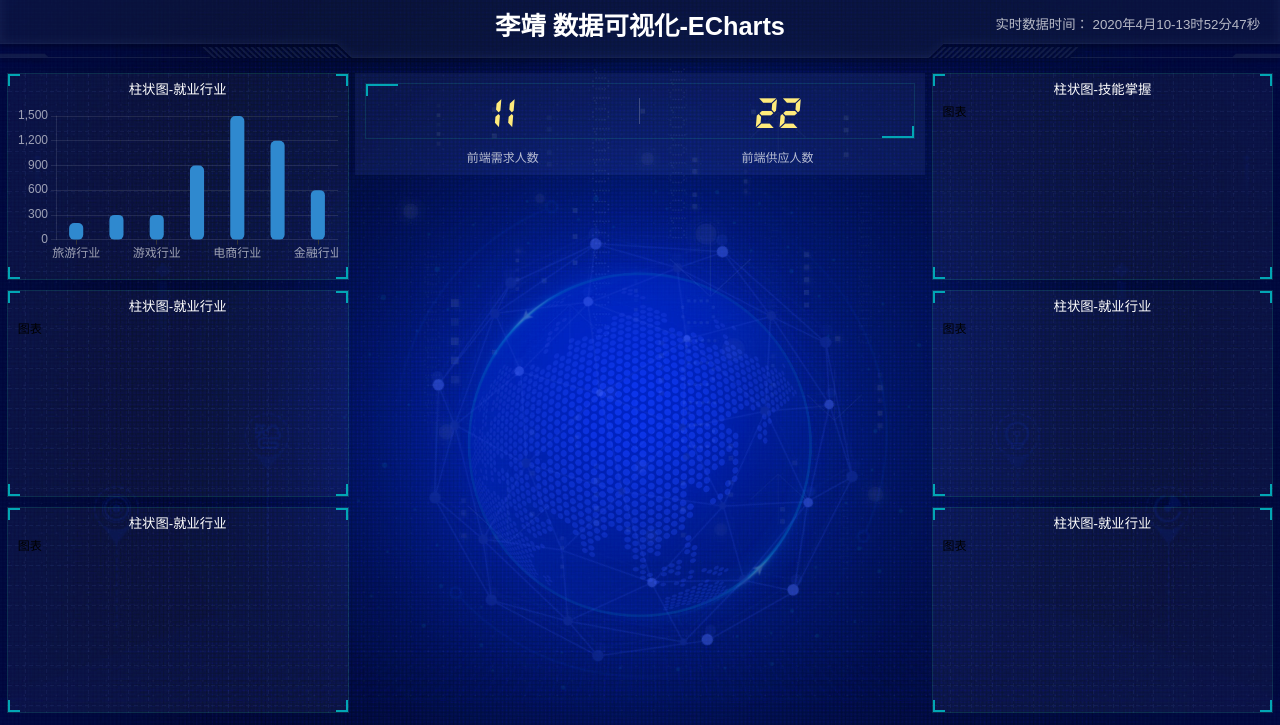
Repository: Jasonlee6789/ECharts
Page: Echarts/index.html
The author's editor kept a copy of each file at every save. The page is drawn from the files as they stood at one save, then again after the next save.
The browser window is 1280 px wide. The pictures show the whole page.
The style sheet was rebuilt from its Sass, Less or Tailwind sources for each picture, by a compiler version that may differ from the author's.

Above is the page before, as saved 2020-05-21 17:40:38.
Console error: ReferenceError: $ is not defined

After the next save:
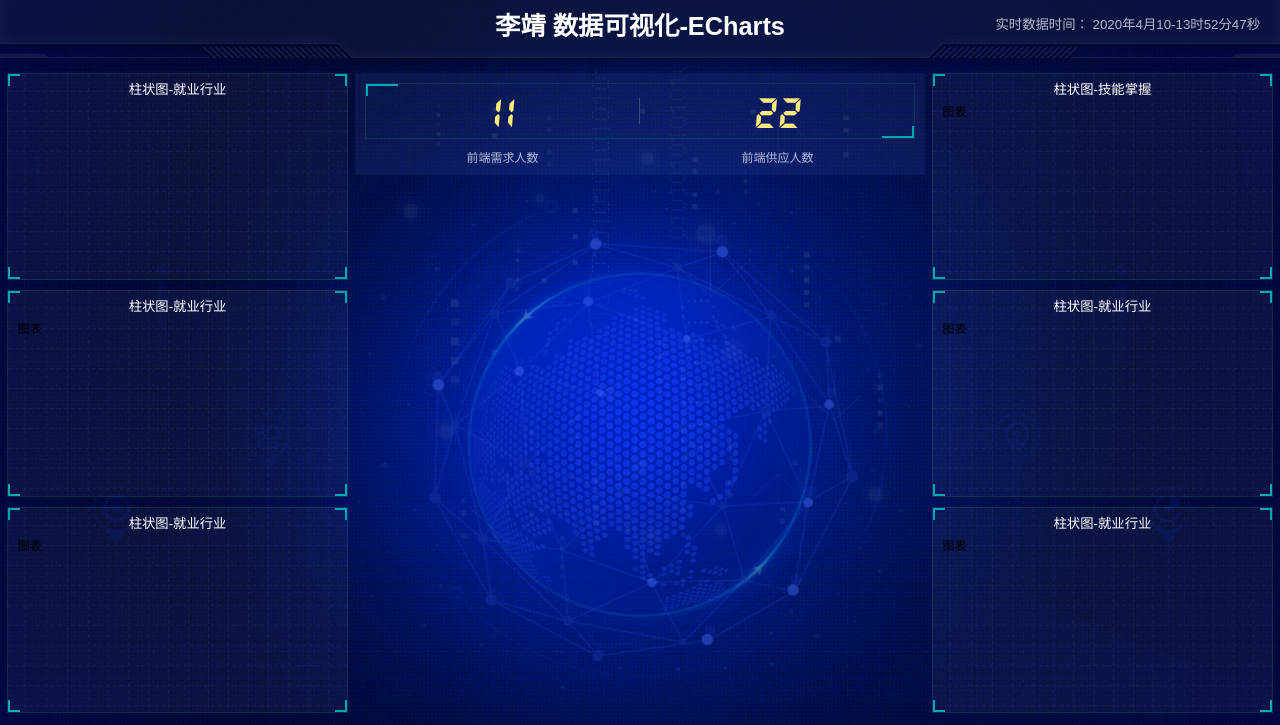
Console error: TypeError: Cannot read properties of null (reading 'getAttribute')
Saved 37 s later.
--- a/Echarts/index.html
+++ b/Echarts/index.html
@@ -34,7 +34,7 @@
     </header>
     <div class="mainbox">
         <div class="column">
-            <div class="panel bar">
+            <div class="panel bar1">
                 <h2>柱状图-就业行业</h2>
                 <div class="chart"></div>
                 <div class="panel-footer"></div>

After the 2 saves that followed:
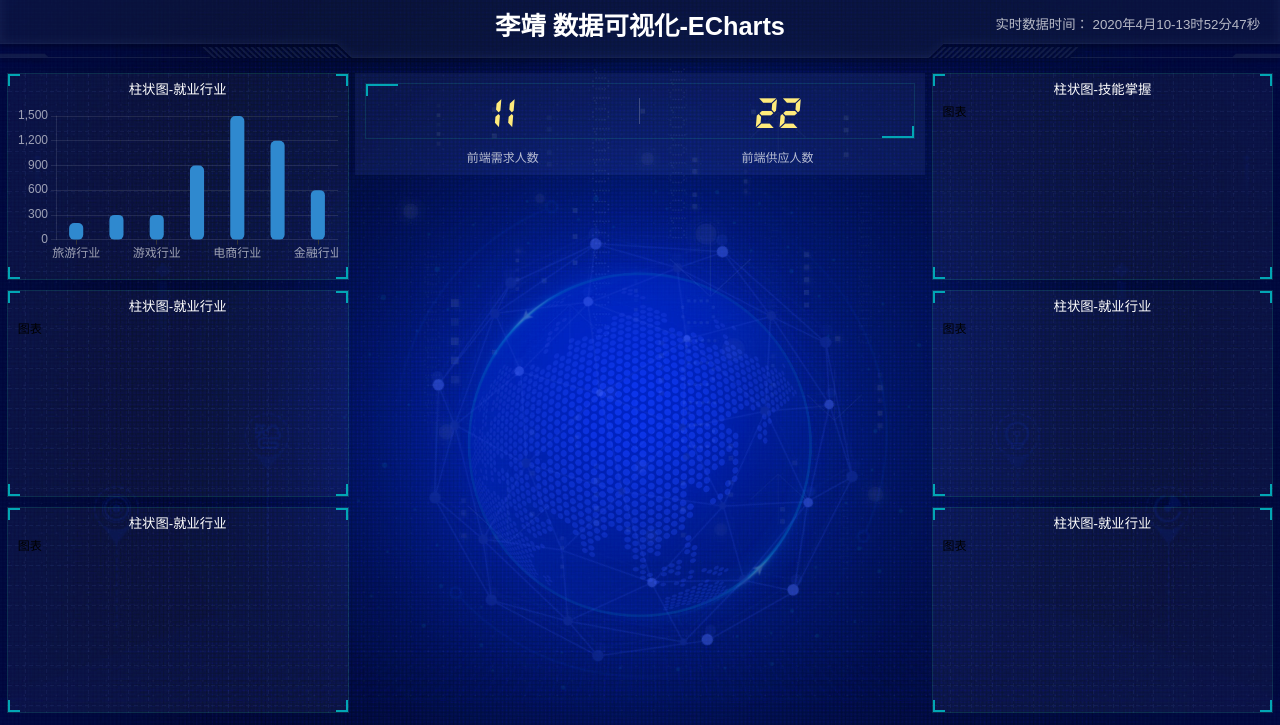
Console error: ReferenceError: $ is not defined
The 2 saves are shown as one change because 1 left the picture as it was.
The last was saved 17 s later.
--- a/Echarts/index.html
+++ b/Echarts/index.html
@@ -34,7 +34,7 @@
     </header>
     <div class="mainbox">
         <div class="column">
-            <div class="panel bar1">
+            <div class="panel bar">
                 <h2>柱状图-就业行业</h2>
                 <div class="chart"></div>
                 <div class="panel-footer"></div>
--- a/Echarts/js/index.js
+++ b/Echarts/js/index.js
@@ -6,7 +6,7 @@
 //     var myChart =
 // })();
 
-// 柱状图1模块
+// 柱状图1 就业行业 模块
 (function () {
     //1 实例化对象
     var myChart = echarts.init(document.querySelector(".bar .chart"));
